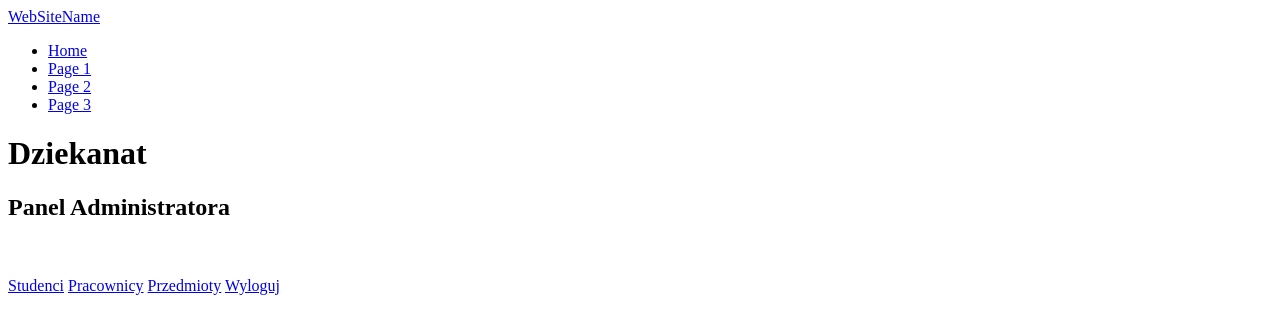
Repository: wojciechDrozd/php
Page: http://localhost/adminMenuBar.php
These files come from the project's save history. The page is drawn as it stood at one moment and after the next save; the edit follows.
The browser window is 1280 px wide. The pictures show the whole page.
The page is run by PHP 8.4 with error messages shown; the project is at /var/www/html/.

Above is the page before, as saved 2017-04-12 21:19:42.

### 1/CRUDexample/adminMenuBar.php
<nav class="navbar navbar-default">
  <div class="container-fluid">
    <div class="navbar-header">
      <a class="navbar-brand" href="#">WebSiteName</a>
    </div>
    <ul class="nav navbar-nav">
      <li class="active"><a href="#">Home</a></li>
      <li><a href="#">Page 1</a></li>
      <li><a href="#">Page 2</a></li>
      <li><a href="#">Page 3</a></li>
    </ul>
  </div>
</nav>


<div class="container">
	<div class="row">
		<div class="col-md-12">
			<h1><b>Dziekanat</b></h1>
			<h2>Panel Administratora</h2><br/><br/>
		</div>
	</div>
	<div class="row">
		<div class="container">
			<a href="studentsTable.php" class="btn btn-info" role="button">Studenci</a>
			<a href="teachersTable.php" class="btn btn-info" role="button">Pracownicy</a>
			<a href="classesTable.php" class="btn btn-info" role="button">Przedmioty</a>
			<a href="ajax/logout.php" class="btn btn-danger" role="button">Wyloguj</a>
			<br/>
		</div>
	</div>
</div>

After the next save:
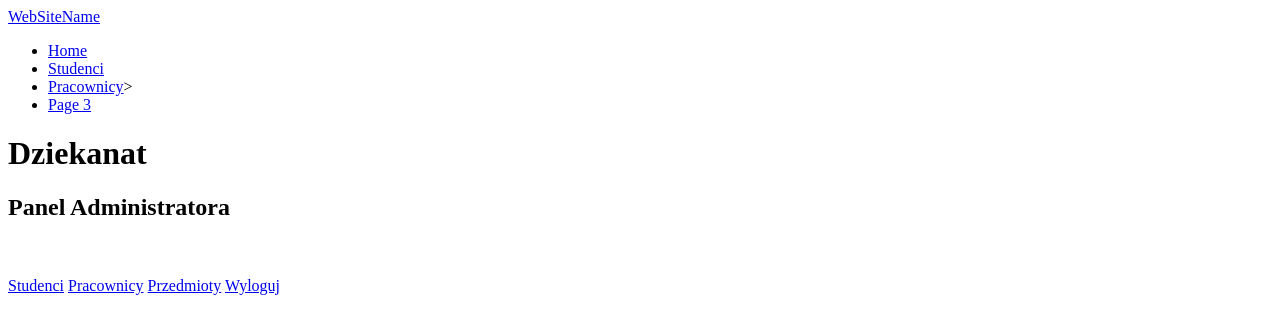
Saved 60 s later.
--- a/1/CRUDexample/adminMenuBar.php
+++ b/1/CRUDexample/adminMenuBar.php
@@ -5,8 +5,8 @@
     </div>
     <ul class="nav navbar-nav">
       <li class="active"><a href="#">Home</a></li>
-      <li><a href="#">Page 1</a></li>
-      <li><a href="#">Page 2</a></li>
+      <li><a href="studentsTable.php" class="btn btn-info" role="button">Studenci</a></li>
+      <li><a href="teachersTable.php" class="btn btn-info" role="button">Pracownicy</a>></li>
       <li><a href="#">Page 3</a></li>
     </ul>
   </div>
